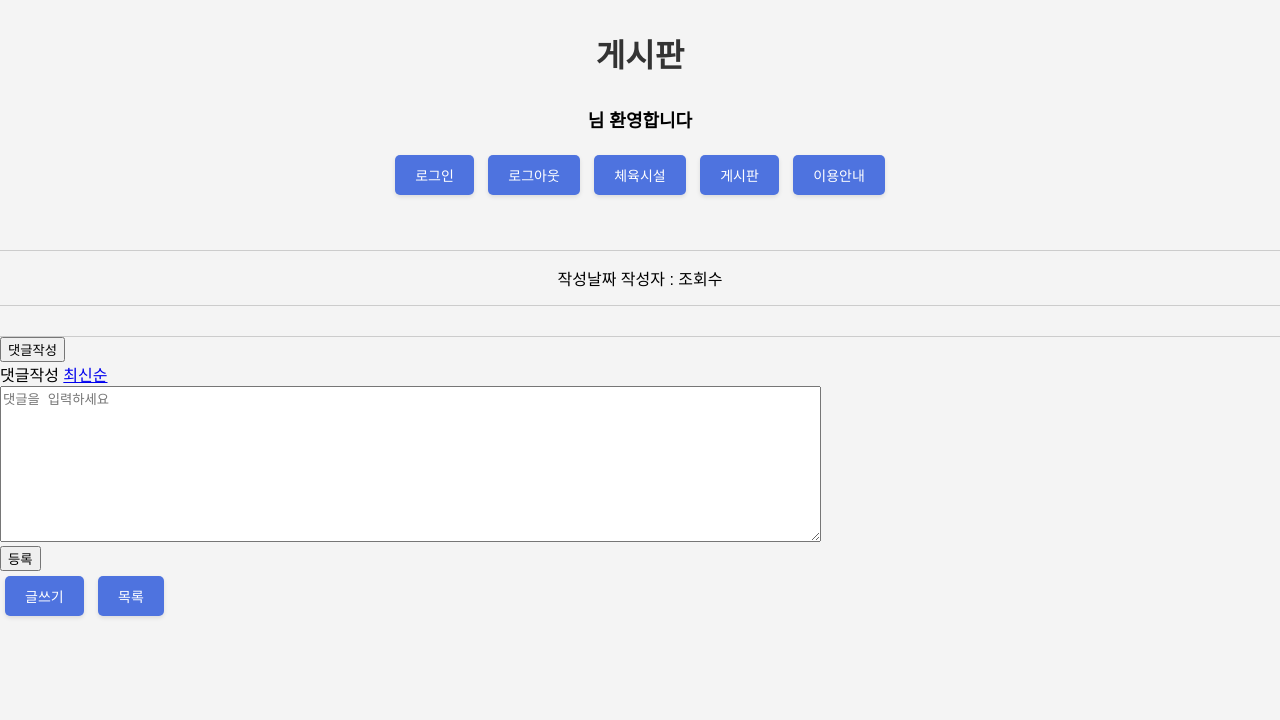
Repository: shinyunseok/portfolio1
Page: http://localhost/portfolio/WEB-INF/board/getBoard.jsp
An editor plug-in stored every save of this project. The page is shown before and after the next save, followed by the edit.
The browser window is 1280 px wide. The pictures show the whole page.
The page is served by Tomcat 10. Nobody is signed in. Other server files are loaded and not shown. The template is opened directly, without the code that normally fills it, so the values that code supplies are empty.

Above is the page before, as saved 2023-05-30 04:16:54.

### portfolio/src/main/webapp/WEB-INF/board/getBoard.jsp
<%@ page language="java" contentType="text/html; charset=UTF-8" pageEncoding="UTF-8"%>
<%@ taglib prefix="c" uri="http://java.sun.com/jsp/jstl/core" %>
<!DOCTYPE html>
<html>
<head>
<meta charset="UTF-8">
<style>
/* 전체 페이지 스타일 */
body {
  font-family: Arial, sans-serif;
  background-color: #f4f4f4;
  margin: 0;
  padding: 0;
}

/* 컨테이너 스타일 */
.container {
  max-width: 800px;
  margin: 0 auto;
  padding: 20px;
}

/* 제목 스타일 */
h1 {
  text-align: center;
  margin: 30px 0;
  color: #333;
}

/* 내비게이션 스타일 */
.navigation {
  margin-bottom: 20px;
  text-align: center;
}

.navigation h3 {
  margin-top: 0;
  font-size: 18px;
}

.navigation a {
  display: inline-block;
  margin: 5px;
  padding: 10px 20px;
  text-decoration: none;
  color: #fff;
  background-color: #4e73df;
  border-radius: 5px;
  transition: background-color 0.3s;
  font-size: 14px;
  border: none;
  cursor: pointer;
  box-shadow: 0 2px 4px rgba(0, 0, 0, 0.1);
}

.navigation a:hover {
  background-color: #3756a4;
}

/* 검색창 스타일 */
.search-form {
  display: flex;
  justify-content: center;
  margin-bottom: 20px;
}

.search-form select,
.search-form input[type="text"] {
  padding: 10px;
  border: 1px solid #ccc;
  border-radius: 4px;
}

.search-form select {
  margin-right: 10px;
}

.search-form button[type="submit"] {
  padding: 10px 20px;
  background-color: #4e73df;
  color: #fff;
  border: none;
  border-radius: 4px;
  cursor: pointer;
}

.search-form button[type="submit"]:hover {
  background-color: #3756a4;
}

/* 테이블 스타일 */
table {
  width: 100%;
  border-collapse: collapse;
}

thead {
  background-color: #4e73df;
  color: #fff;
}

th, td {
  padding: 15px;
  text-align: center;
  border-bottom: 1px solid #ccc;
}

th:first-child,
td:first-child {
  width: 10%;
}

th:nth-child(2),
td:nth-child(2) {
  width: 40%;
}

th:nth-child(3),
td:nth-child(3) {
  width: 20%;
}

th:nth-child(4),
td:nth-child(4) {
  width: 15%;
}

th:last-child,
td:last-child {
  width: 15%;
}

tbody tr:nth-child(even) {
  background-color: #f4f4f4;
}

tbody tr:hover {
  background-color: #ebebeb;
}

/* selectEvent 스타일 */
.selectEvent {
  margin-bottom: 20px;
  text-align: center;
}

.selectEvent a {
  display: inline-block;
  margin: 5px;
  padding: 10px 20px;
  text-decoration: none;
  color: #333;
  border: 1px solid #ccc;
  border-radius: 5px;
  transition: background-color 0.3s;
  font-size: 14px;
  cursor: pointer;
}

.selectEvent a:hover {
  background-color: #f1f1f1;
}

/* selectBar 스타일 */
#selectBar {
  text-align: center;
  margin-bottom: 20px;
}

#selectBar select,
#selectBar input[type="text"] {
  padding: 10px;
  border: 1px solid #ccc;
  border-radius: 4px;
}

#selectBar select {
  margin-right: 10px;
}

#selectBar button[type="submit"] {
  padding: 10px 20px;
  background-color: #4e73df;
  color: #fff;
  border: none;
  border-radius: 4px;
  cursor: pointer;
}

#selectBar button[type="submit"]:hover {
  background-color: #3756a4;
}

#selectBar button[type="button"] {
  padding: 10px 20px;
  background-color: #4e73df;
  color: #fff;
  border: none;
  border-radius: 4px;
  cursor: pointer;
}

#selectBar button[type="button"]:hover {
  background-color: #3756a4;
}

/* advancedSearchDiv 스타일 */
#advancedSearchDiv {
  display: none;
  text-align: center;
  margin-bottom: 20px;
  padding-top: 20px;
  border-top: 1px solid #ccc;
}

#advancedSearchDiv label {
  display: block;
  margin-bottom: 10px;
}

#advancedSearchDiv input[type="radio"] {
  margin-right: 5px;
}

/* write-button 스타일 */
.write-button {
  display: inline-block;
  margin: 5px;
  padding: 10px 20px;
  text-decoration: none;
  color: #fff;
  background-color: #4e73df;
  border: none;
  border-radius: 5px;
  transition: background-color 0.3s;
  font-size: 14px;
  cursor: pointer;
  box-shadow: 0 2px 4px rgba(0, 0, 0, 0.1);
}

.write-button:hover {
  background-color: #3756a4;
}



</style>

<title>게시판</title>
</head>
<body>
  <h1>게시판</h1>
  <div class="navigation">
    <h3>${user_name}님 환영합니다</h3>
    <c:if test="${empty user_id}">
      <a href="login.do">로그인</a>
    </c:if>
    <a href="logout.do">로그아웃</a>
    <a href="getSportList.do">체육시설</a>
    <a href="getBoardList.do">게시판</a>
    <a href="#">이용안내</a>
  </div>




  <table class="boardTable">
    <tr>
      <th colspan="3">${board.title }</th>
    </tr>

	<tr>
		<td> <label>작성날짜</label> ${board.regDate } <label>작성자</label> : ${board.board_id } <label>조회수</label>${board.cnt }</td>
	</tr>
	<tr>
		<td colspan="3">${board.content }</td>
	</tr>
  </table>
  <button id="comment_open">댓글작성</button>
  <form action="">
	댓글작성 <a href="#">최신순</a> <br>
	<textarea rows="10" cols="100" placeholder="댓글을 입력하세요" name="comment_content"></textarea> <br>
	<input type="submit" value="등록">
	</form>
  <button class="write-button" onclick="location.href='insertBoard.do'">글쓰기</button>
  <button class="write-button" onclick="location.href='getBoardList.do'">목록</button>

</body>
</html>

After the next save:
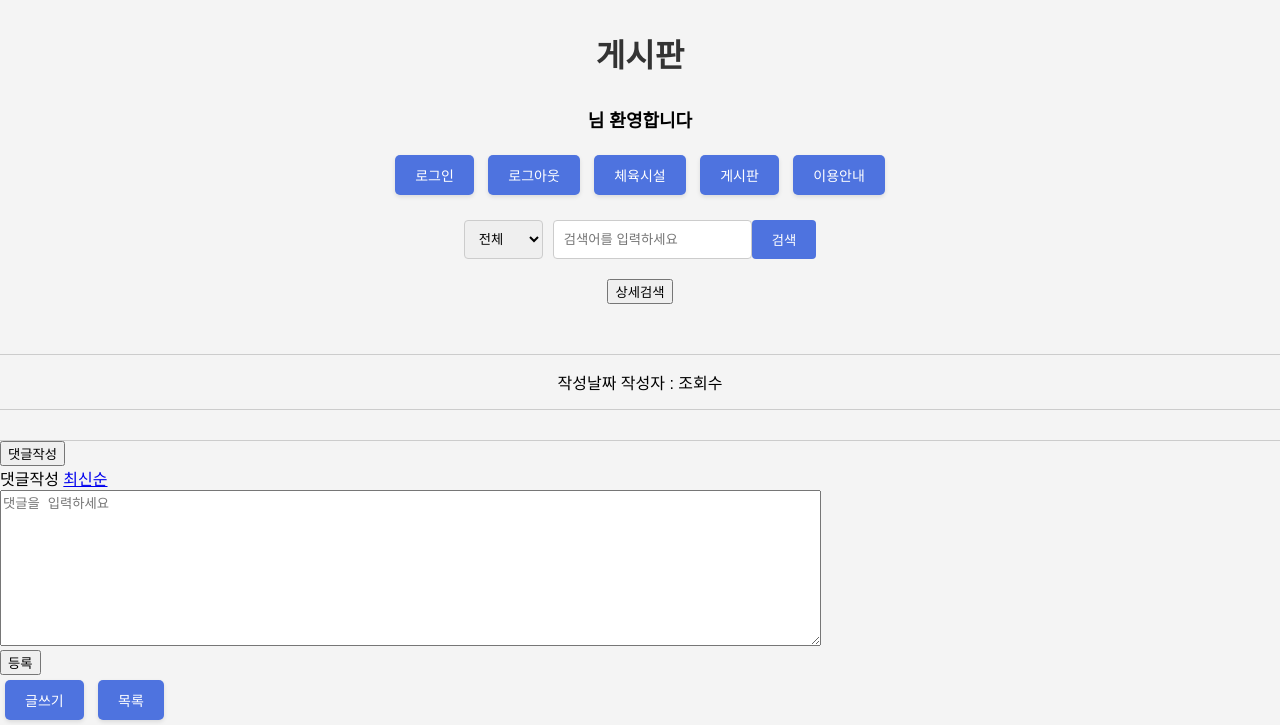
Saved 7 s later.
--- a/portfolio/src/main/webapp/WEB-INF/board/getBoard.jsp
+++ b/portfolio/src/main/webapp/WEB-INF/board/getBoard.jsp
@@ -261,7 +261,18 @@ tbody tr:hover {
     <a href="#">이용안내</a>
   </div>
 
-
+  <div id="selectBar">
+    <form class="search-form" action="#" method="GET">
+      <select name="search_type">
+        <option value="all">전체</option>
+        <option value="facility_name">시설명</option>
+        <option value="location">지역</option>
+      </select>
+      <input type="text" name="search_query" placeholder="검색어를 입력하세요" required>
+      <button type="submit">검색</button>
+    </form>
+    <button onclick="toggleAdvancedSearch()">상세검색</button>
+  </div>
 
 
   <table class="boardTable">
